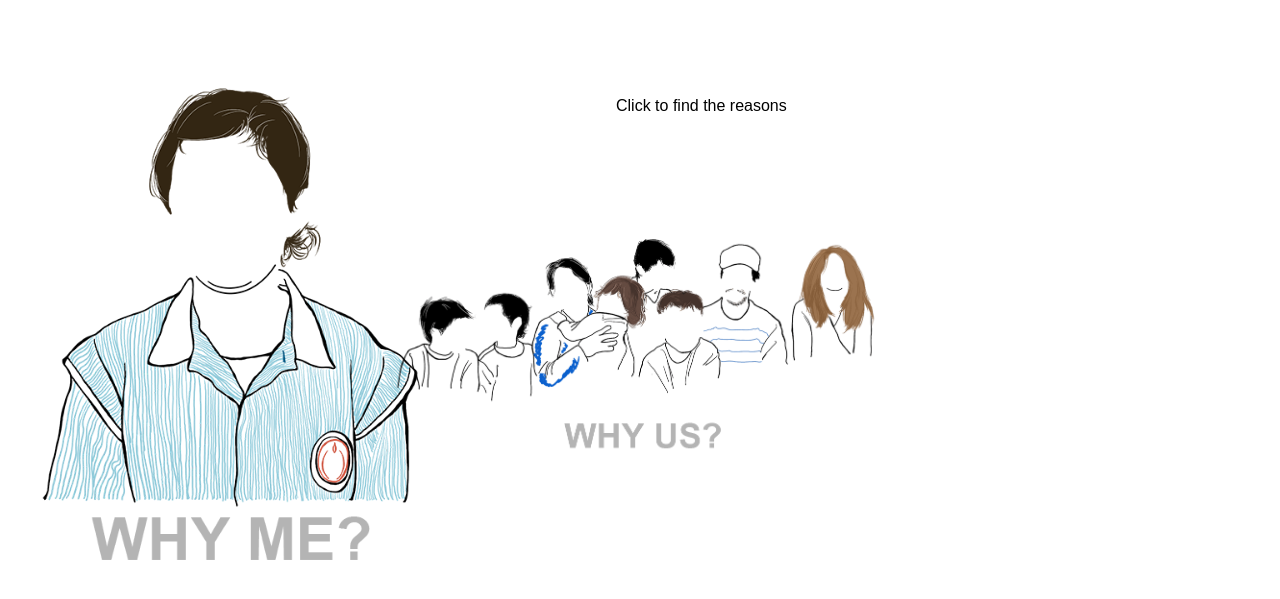
Repository: Lettie123/webpr4
Page: 04.html
An editor plug-in stored every save of this project. The page is shown before and after the next save, followed by the edit.
The browser window is 1280 px wide. The pictures show the whole page.
The pointer rests on the first visible `#r01`.

Above is the page before, as saved 2020-11-24 00:13:52.

### 04.html
<html>
    <head>
        <meta charset="UTF-8">
        <meta name="viewport" content="width=device-width,initial-scale=1" />
        <meta name="viewport" content="width=device-width,initial-scale=1.0,maximum-scale=1.0,user-scalable=no">
        <link rel="stylesheet" type="text/css" href="style05.css">

    </head>

    <body>
        <div id="r01">
            <span>
                <img src="pepic/r01.png" style="width:100%" >
            </span>
        </div>

        <div id="r02">
            <span>
                <img src="pepic/r02.png" style="width:100%">
            </span>
        </div>

        <div id="txt">
            <div id="t1" style= "position:absolute; top: 25%; left: 38%;">
            <h1 style="font-size:16px; font-weight: normal; line-height: 24px;">
                Click to find the reasons
            </h1>
            </div>
         </div>

         <!-- <script>
            function cl01(){
                document.getElementById("r01").style.width="110%";
            }
        </script> -->
    </body>

### style05.css
body {
	overflow:scroll;
    overflow-y:hidden;
    overflow-x:hidden;
}

#r01{
    width: 250px;
    height: 250px;
	position: absolute;
	left: 18%;
	top: 45%;
    transform: translate(-50%,-50%);
    color: #B4B4B4;
}
#r01:hover {
    width: 500px;
    height: 500px;
  }
#r02{
    width: 500px;
    height: 500px;
	position: absolute;
	left: 50%;
	top: 58%;
    transform: translate(-50%,-50%);
    color: #B4B4B4;
}
#txt{
    height:300px;
    width:1600px;
    text-align: center;
	border-radius: 10px;
	position: absolute;
    font-family: Arial;
    color:black;
}

After the next save:
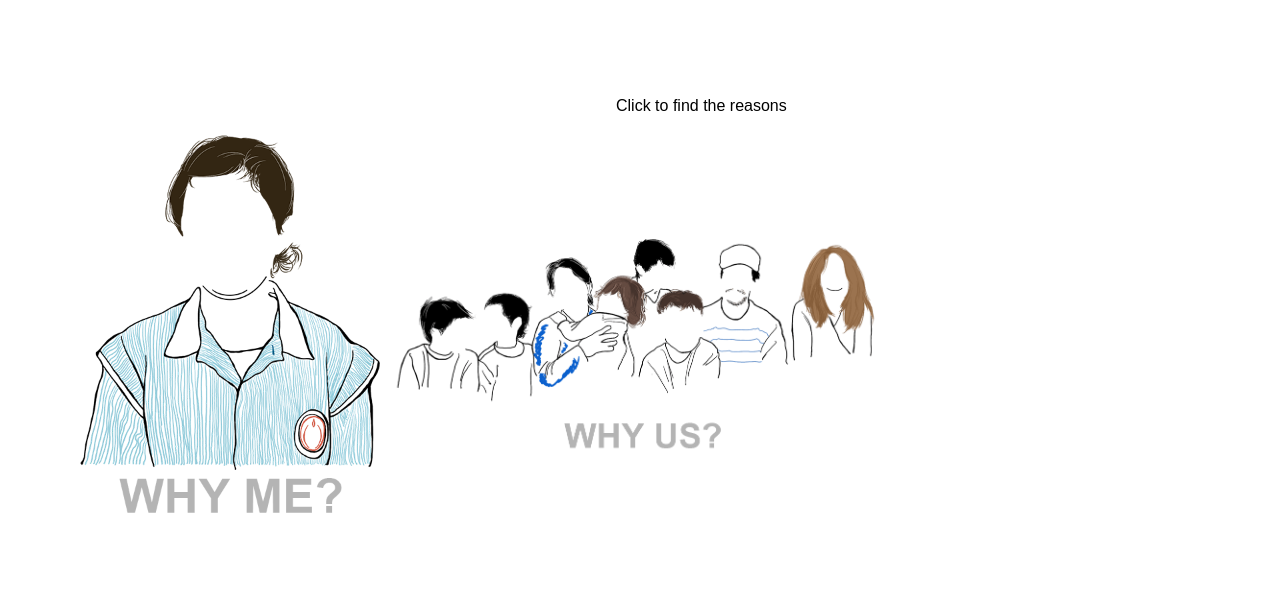
Saved 30 s later.
--- a/style05.css
+++ b/style05.css
@@ -14,8 +14,8 @@ body {
     color: #B4B4B4;
 }
 #r01:hover {
-    width: 500px;
-    height: 500px;
+    width: 400px;
+    height: 400px;
   }
 #r02{
     width: 500px;
